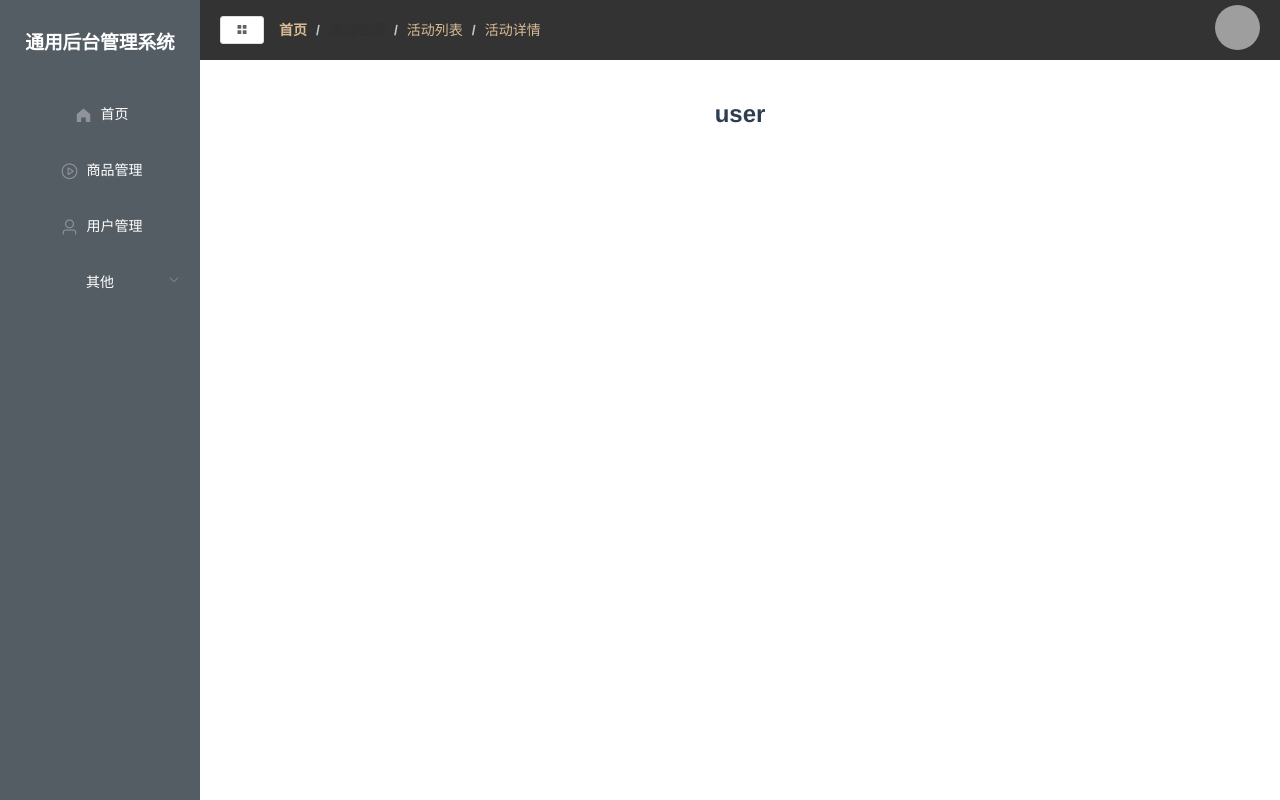
Repository: zhangwen001208/cmd
Page: /user
The author's editor kept a copy of each file at every save. The page is drawn from the files as they stood at one save, then again after the next save.
The browser window is 1280 px wide. The pictures show the whole page.
Pictures or frames that could not be fetched are drawn as grey boxes. The project was rebuilt for these pictures with package versions that can differ from the ones it lists, and the page was loaded fresh each time. Also part of the build but not shown: vue.config.js.

Above is the page before, as saved 2022-08-27 12:54:22.

### src/main.js
import Vue from 'vue'
import App from './App.vue'
import router from './router'
import store from './store'
import ElementUI from 'element-ui';
import 'element-ui/lib/theme-chalk/index.css';

import 'normalize.css'
import './assets/css/index.less'

import '../src/request/mock.js'

Vue.config.productionTip = false

Vue.use( ElementUI )

new Vue({
  router,
  store,

  render: h => h(App)
}).$mount('#app')

### src/App.vue
<template>
  <div id="app">
    <router-view/>
  </div>
</template>

<style lang="less">
#app {
  font-family: Avenir, Helvetica, Arial, sans-serif;
  -webkit-font-smoothing: antialiased;
  -moz-osx-font-smoothing: grayscale;
  text-align: center;
  color: #2c3e50;
}

nav {
  padding: 30px;

  a {
    font-weight: bold;
    color: #2c3e50;

    &.router-link-exact-active {
      color: #42b983;
    }
  }
}
</style>

### src/router/index.js

import Vue from 'vue'
import VueRouter from 'vue-router'


Vue.use(VueRouter)

//即路由地址为’ / ’ 的页面，重复点击后重定向到的页面依然是Home页面，也就是所谓的产生了冗余导航，
const VueRouterPush = VueRouter.prototype.push
VueRouter.prototype.push = function push (location) {
  return  VueRouterPush.call(this, location).catch(err => err)
}


const routes = [
  {
    path: '/',
    name: 'main',
    component: () => import('../views/Main.vue'),
    children: [
      {
        path: '',
        name: 'home',

        component:() => import('../views/home/home.vue')
      },
      {
        path: '/user',
        name: 'user',
        component:() => import('../views/user/user.vue')
      },
      {
        path: '/mall',
        name: 'mall',
        component:() => import('../views/mall/mall.vue')
      },
      {
        path: '/page1',
        name: 'page1',
        component:() => import('../views/other/pageOne.vue')
      },
      {
        path: '/page2',
        name: 'page2  ',
        component:() => import('../views/other/pageTwo.vue')
      }



    ]
  },

]

const router = new VueRouter({
  mode: 'history',
  base: process.env.BASE_URL,
  routes
})






export default router

### src/store/index.js
import Vue from 'vue'
import Vuex from 'vuex'
import tab from './tab'

Vue.use(Vuex)

export default new Vuex.Store({
  state: {
  },
  getters: {
  },
  mutations: {
  },
  actions: {
  },
  modules: {
    tab
  }
})

### src/assets/css/index.less
@import './base.less';

### src/request/mock.js
import Mock from 'mockjs'
import homeApi from './home.js'


Mock.mock('/home/getData',homeApi.getStatisticalData )

### src/views/Main.vue
<template>
  <div class="home">
      <el-container style="height: 100%">
        <el-aside width="auto">
          <home-aside/>
        </el-aside>
        <el-container>
          <el-header class="header">
            <home-header></home-header>
          </el-header>
          <el-main>
          <router-view></router-view>
          </el-main>
        </el-container>
    </el-container>


  </div>
</template>

<script>

// @ is an alias to /src

import HomeAside from '../components/HomeAside.vue'
import homeHeader from '../components/homeHeader.vue'

export default {
  name: 'HomeView',
  components: {
    HomeAside,
    homeHeader

  }
}
</script>
<style lang="less" scoped>
.header{
  background-color: #333;
}

</style>

### src/views/user/user.vue
<!-- eslint-disable vue/multi-word-component-names -->
<template>
    <div>
        <h2>user</h2>

    </div>
</template>

<script>
    export default {

    }
</script>

<style lang="scss" scoped>

</style>

### src/store/tab.js
export default {
    state: {
       isCollapse: false,
       tabsList: [
        {
            path: '/',
            name: 'home',
            label: '首页',
            icon: 'home'
        }
       ],
       currentMenu: null
    },
    mutations: {
        Collapsemenu(state) {
            state.isCollapse = !state.isCollapse
        },
        selectMenu(state, val) {
            if(val.name !== 'home') {
                state.currentMenu = val
                const result = state.tabsList.findIndex(item => item.name === val.name)

                if(result === -1) {
                    state.tabsList.push(val)
                }else {
                    state.currentMenu == null;
                }
            }
        }

    }
}

### src/assets/css/base.less

body{
    padding: 0;
    margin: 0;
}

html,body,#app {
    width: 100%;
    height: 100%;
}

### src/request/home.js
import Mock from 'mockjs'

let List = []

export default{
    getStatisticalData: () => {
        //Mock.Random.float 产生的随机数100到8000之间 保留小数
        for(let i = 0 ; i < 7; i++) {
            List.push(
                Mock.mock({
                    苹果: Mock.Random.float(100, 8000, 0, 0),
                    vivo: Mock.Random.float(100, 8000, 0, 0),
                    oppo: Mock.Random.float(100, 8000, 0, 0),
                    魅族: Mock.Random.float(100, 8000, 0, 0),
                    三星: Mock.Random.float(100, 8000, 0, 0),
                    小米: Mock.Random.float(100, 8000, 0, 0),
                })
            )
        }

        return {
            code: 20000,
            data: {
                //饼图
                videoData: [
                    {
                        name: '小米',
                        value: 2999
                    },
                    {
                        name: '苹果',
                        value: 5999
                    },
                    {
                        name: 'vivo',
                        value: 1500
                    },
                    {
                        name: 'opeo',
                        value: 1999
                    },
                    {
                        name: '魅族',
                        value: 888
                    },
                ],
                //柱状图
                userData: [
                    {
                        data: '周一',
                        new: 132,
                        active: 200
                    },
                    {
                        data: '周二',
                        new: 100,
                        active: 300
                    },
                    {
                        data: '周三',
                        new: 82,
                        active: 230
                    },
                    {
                        data: '周四',
                        new: 62,
                        active: 200
                    },
                    {
                        data: '周五',
                        new: 22,
                        active: 220
                    },
                    {
                        data: '周六',
                        new: 49,
                        active: 220
                    },
                    {
                        data: '周天',
                        new: 5,
                        active: 260
                    },

                ],
                //折线图
                orderData: {
                    date: ['20191001', '20191002', '20191003', '20191004', '20191005', '20191006', '20191007'],
                    data: List
                },

                tableData: [
                    {
                        name: 'oppo',
                        todayBuy: 100,
                        monthBuy: 300,
                        totalBuy: 800
                    },
                    {
                        name: 'vivo',
                        todayBuy: 100,
                        monthBuy: 300,
                        totalBuy: 800
                    },{
                        name: 'apple',
                        todayBuy: 100,
                        monthBuy: 300,
                        totalBuy: 800
                    },{
                        name: '小米',
                        todayBuy: 100,
                        monthBuy: 300,
                        totalBuy: 800
                    },{
                        name: '三星',
                        todayBuy: 100,
                        monthBuy: 300,
                        totalBuy: 800
                    },{
                        name: '魅族',
                        todayBuy: 100,
                        monthBuy: 300,
                        totalBuy: 800
                    }
                ],
            }
        }
    }
}

### src/components/HomeAside.vue
<template>
<el-menu  default-active="1-4-1"
    class="el-menu-vertical-demo"
     background-color= '#545c64'
     text-color="#fff"
     active-text-color="#ffd04b"
    @open="handleOpen" @close="handleClose"
    :collapse="isCollapse">
  <h3>{{isCollapse? '后台': '通用后台管理系统'}}</h3>
  <el-menu-item  @click="clickmenu(item)" v-for="item in nochildren" index="item.path" :key="item.path">
    <i :class="'el-icon-'+item.icon"></i>
    <span slot="title">{{item.label}}</span>
  </el-menu-item>
  <el-submenu v-for="item in haschildren" index="item.path" :key="item.path">
    <template slot="title">
      <i class="'el-icon-'+item.icon"></i>
      <span slot="title">{{item.label}}</span>
    </template>
    <el-menu-item-group v-for="subitem in item.children" index='subitem.path' :key="subitem.path">

      <el-menu-item @click="clickmenu(subitem)" index="1-1">{{subitem.label}}</el-menu-item>

    </el-menu-item-group>

  </el-submenu>


</el-menu>

</template>

<script>
export default {
    data() {
      return {

        menu:[
          {
            path: '/',
            name: 'home',
            label: '首页',
            icon: 's-home',
            url: 'Home/home'
          },
           {
            path: '/mall',
            name: 'mall',
            label: '商品管理',
            icon: 'video-play',
            url: 'MallManage/MallManage'
          },
           {
            path: '/user',
            name: 'user',
            label: '用户管理',
            icon: 'user',
            url: 'UserManage/UserManage'
          },
           {

            label: '其他',
            icon: 'location',
           children: [
            {
            path: '/page1',
            name: 'page1',
            label: '页面1',
            icon: 'setting',
            url: 'Other/pageOne'
            },
            {
            path: '/page2',
            name: 'page2',
            label: '页面2',
            icon: 'setting',
            url: 'Other/pageTwo'
            }

           ]
          }

        ]
      };
    },
    methods: {
      handleOpen(key, keyPath) {
        console.log(key, keyPath);
      },
      handleClose(key, keyPath) {
        console.log(key, keyPath);
      },
      clickmenu(item) {
        if(this.$router.path !== item.path) {
            this.$router.push({
            name: item.name,
        })
        }
        this.$store.commit('selectMenu', item)


      }
    },
    computed: {
      nochildren() {
        return this.menu.filter(item => !item.children)
      },
      haschildren() {
         return this.menu.filter(item => item.children)
      },
      isCollapse() {
        return  this.$store.state.tab.isCollapse
      }
    }
  }
</script>

<style lang="less" scoped>
  .el-menu-vertical-demo:not(.el-menu--collapse) {
    width: 200px;
    height: 800px;

  }
  .el-menu {
    height: 800px;
    border: none;
    h3{
      color: #fff;
      text-align: center;
      line-height: 48px;

    }
  }

</style>

### src/components/homeHeader.vue
<template>
   <header>
        <div class="l-content">
            <el-button @click="hadrlemenu" plain icon="el-icon-menu" size="mini"></el-button>
            <!-- <h3 style="color: #fff">首页</h3> -->
            <el-breadcrumb separator="/">
                        <el-breadcrumb-item :to="{ path: '/' }">首页</el-breadcrumb-item>
                        <el-breadcrumb-item><a href="/">活动管理</a></el-breadcrumb-item>
                        <el-breadcrumb-item>活动列表</el-breadcrumb-item>
                        <el-breadcrumb-item>活动详情</el-breadcrumb-item>
            </el-breadcrumb>
         </div>
         <div class="r-content">
            <el-dropdown trigger="click" szie="mini">
                <span>
                    <img class="user" :src="userImg">
                </span>
                <el-dropdown-menu slot="dropdown">
                    <el-dropdown-item>个人中心</el-dropdown-item>
                    <el-dropdown-item>退出</el-dropdown-item>
                </el-dropdown-menu>

            </el-dropdown>

         </div>
   </header>

</template>

<script>

import {mapState} from 'vuex'

    export default {
        name: 'homeHeader',
        data() {
            return {
                userImg: require('../assets/img/tx.jpeg')
            }
        },
        methods: {
            hadrlemenu() {
                this.$store.commit('Collapsemenu')
            }
        },
        computed: {
            ...mapState({
                tags: state => state.tabsList
            })
        }


    }
</script>

<style lang="less" scoped>
header {
    display: flex;
    height: 100%;
    justify-content: space-between;
    align-items: center;
    .l-content {
        display: flex;
        align-items: center;
        .el-button {
            margin-right: 15px;

        }
        .el-breadcrumb ::v-deep .el-breadcrumb__inner {
        color: #d9bb95 !important;
}
    }
    .r-content {
        .user {
            width: 45px;
            height: 45px;
            border-radius: 50%;
        }
    }


}


</style>

Loaded but not shown: public/index.html (common file)

After the next save:
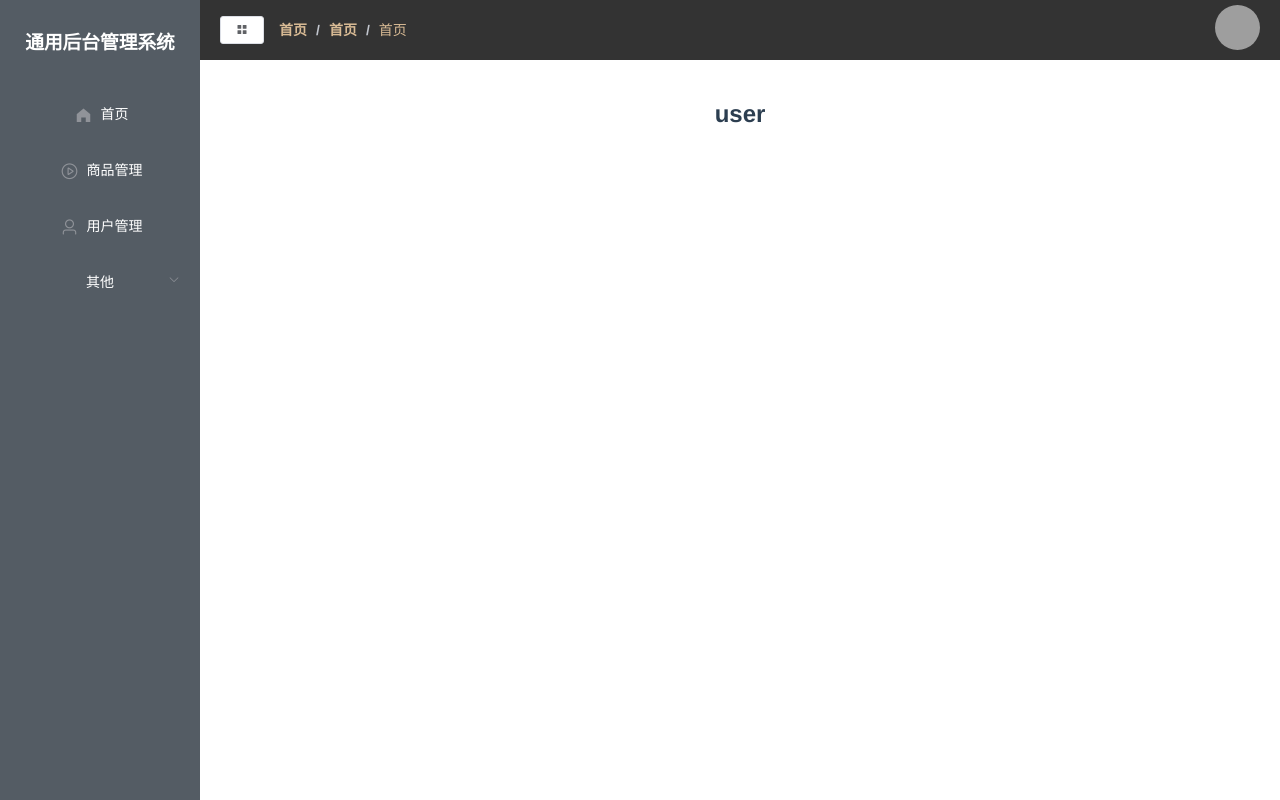
Saved 28 s later.
--- a/src/components/homeHeader.vue
+++ b/src/components/homeHeader.vue
@@ -5,9 +5,9 @@
             <!-- <h3 style="color: #fff">首页</h3> -->
             <el-breadcrumb separator="/">
                         <el-breadcrumb-item :to="{ path: '/' }">首页</el-breadcrumb-item>
-                        <el-breadcrumb-item><a href="/">活动管理</a></el-breadcrumb-item>
-                        <el-breadcrumb-item>活动列表</el-breadcrumb-item>
-                        <el-breadcrumb-item>活动详情</el-breadcrumb-item>
+                        <el-breadcrumb-item :to="{ path: '/' }">首页</el-breadcrumb-item>
+                        <el-breadcrumb-item :to="{ path: '/' }">首页</el-breadcrumb-item>
+
             </el-breadcrumb>
          </div>
          <div class="r-content">
